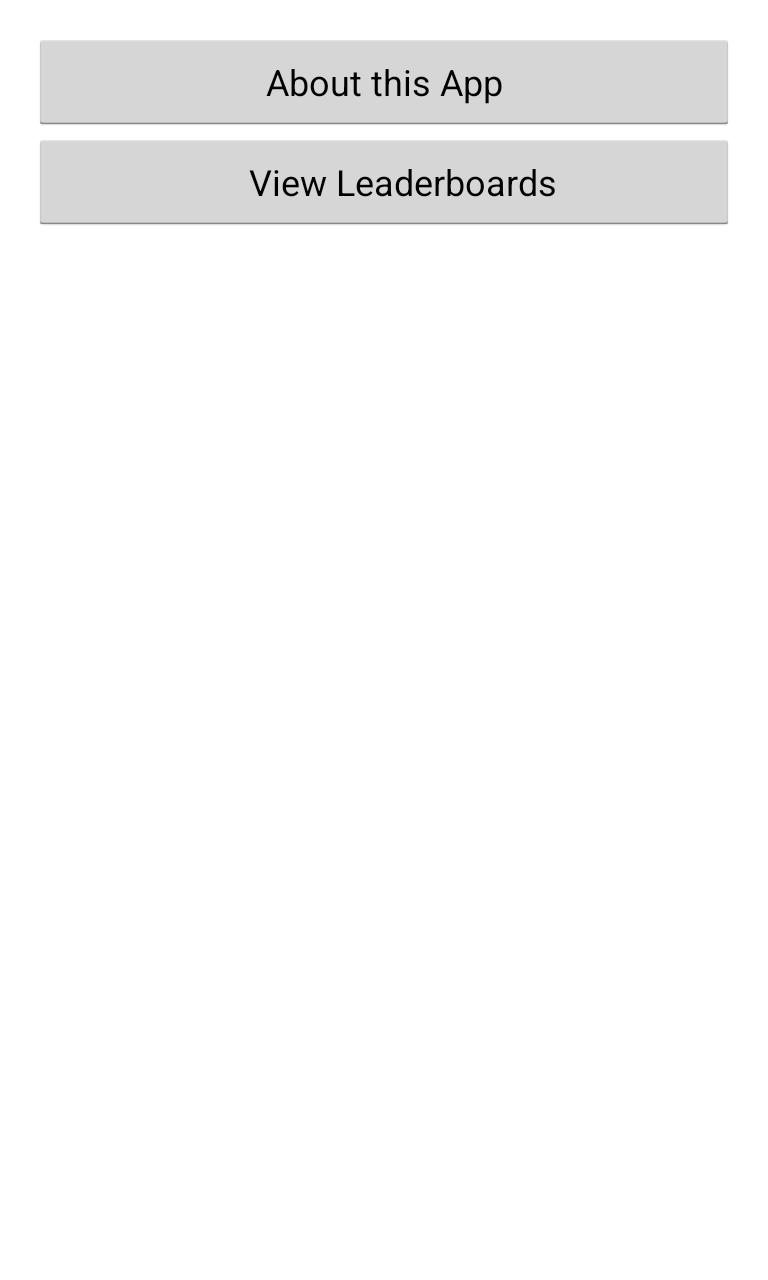
Repository: colincove/IAT381-Android
Layout: UrbanWarLeaderboards/res/layout/activity_title_screen.xml
The author's editor kept a copy of each file at every save. The layout is drawn from the files as they stood at one save, then again after the next save.
It is drawn on a 768 x 1280 px phone screen (xhdpi) without system bars, with theme AppTheme; the app's code is not run.

Above is the layout before, as saved 2013-09-06 16:17:22.

### UrbanWarLeaderboards/res/layout/activity_title_screen.xml
<LinearLayout xmlns:android="http://schemas.android.com/apk/res/android"
    xmlns:tools="http://schemas.android.com/tools"
    android:orientation="vertical"
    android:layout_width="match_parent"
    android:layout_height="match_parent"
    android:paddingBottom="@dimen/activity_vertical_margin"
    android:paddingLeft="@dimen/activity_horizontal_margin"
    android:paddingRight="@dimen/activity_horizontal_margin"
    android:paddingTop="@dimen/activity_vertical_margin"
    tools:context=".TitleScreenActivity" >

		<Button
		    android:text="@string/about"
		    android:layout_width="match_parent"
		    android:layout_height="@dimen/menu_btn_h" />
		<Button
		    android:text="@string/view_leaderboards"
		    android:paddingLeft="@dimen/menu_btn_pad"
		    android:paddingRgith="@dimen/menu_btn_pad"
		    android:layout_width="match_parent"
		    android:layout_height="@dimen/menu_btn_h" />

</LinearLayout>

### UrbanWarLeaderboards/res/values/dimens.xml
<resources>

    <!-- Default screen margins, per the Android Design guidelines. -->
    <dimen name="activity_horizontal_margin">16dp</dimen>
    <dimen name="activity_vertical_margin">16dp</dimen>
	<dimen name="menu_btn_w">300dp</dimen>
	<dimen name="menu_btn_h">50dp</dimen>
	<dimen name="menu_btn_pad">30dp</dimen>
</resources>

### UrbanWarLeaderboards/res/values/strings.xml
<?xml version="1.0" encoding="utf-8"?>
<resources>

    <string name="app_name">UrbanWarLeaderboards</string>
    <string name="action_settings">Settings</string>
    <string name="hello_world">Hello world!</string>
    <!-- Menu button Strings -->
	<string name="about">About this App</string>
	<string name="view_leaderboards">View Leaderboards</string>
</resources>

Loaded but not shown: UrbanWarLeaderboards/res/values/styles.xml (common file); UrbanWarLeaderboards/res/values-v11/styles.xml (common file); UrbanWarLeaderboards/res/values-v14/styles.xml (common file)

After the next save:
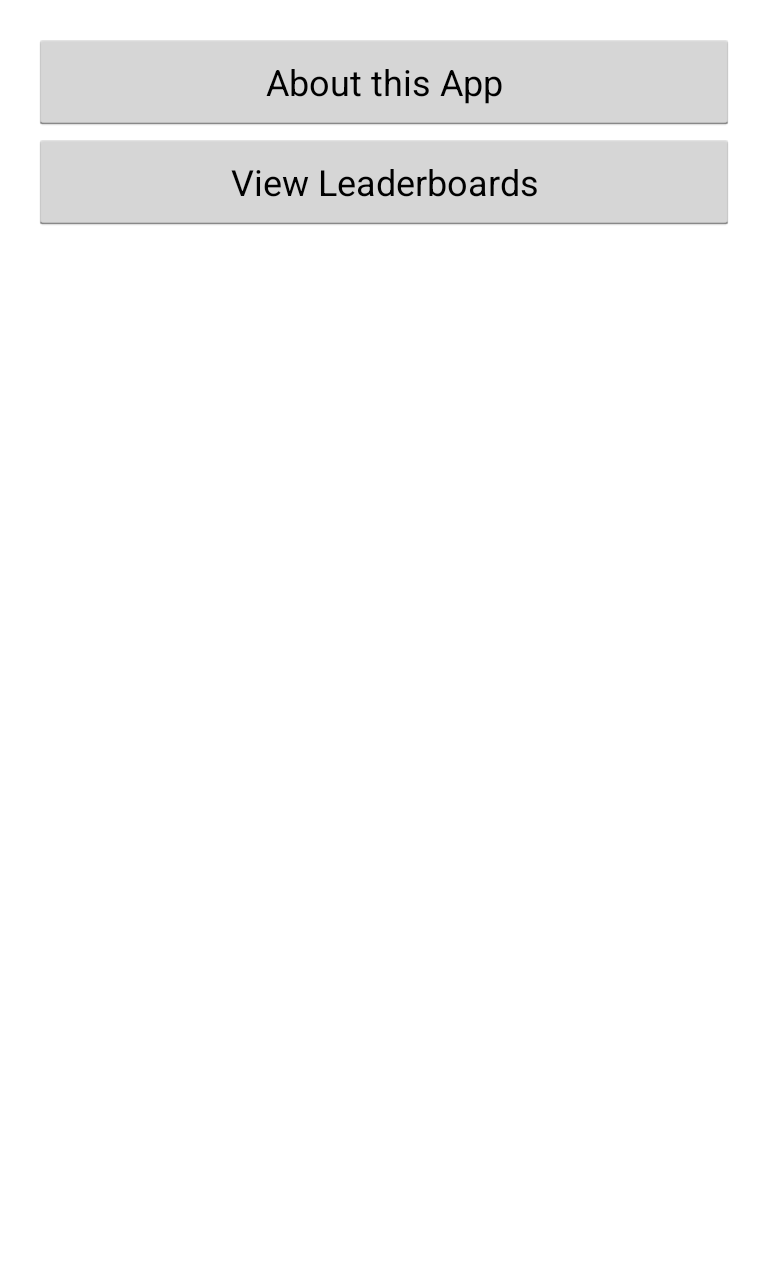
Saved 5 s later.
--- a/UrbanWarLeaderboards/res/layout/activity_title_screen.xml
+++ b/UrbanWarLeaderboards/res/layout/activity_title_screen.xml
@@ -16,7 +16,7 @@
 		<Button
 		    android:text="@string/view_leaderboards"
 		    android:paddingLeft="@dimen/menu_btn_pad"
-		    android:paddingRgith="@dimen/menu_btn_pad"
+		    android:paddingRight="@dimen/menu_btn_pad"
 		    android:layout_width="match_parent"
 		    android:layout_height="@dimen/menu_btn_h" />
 
